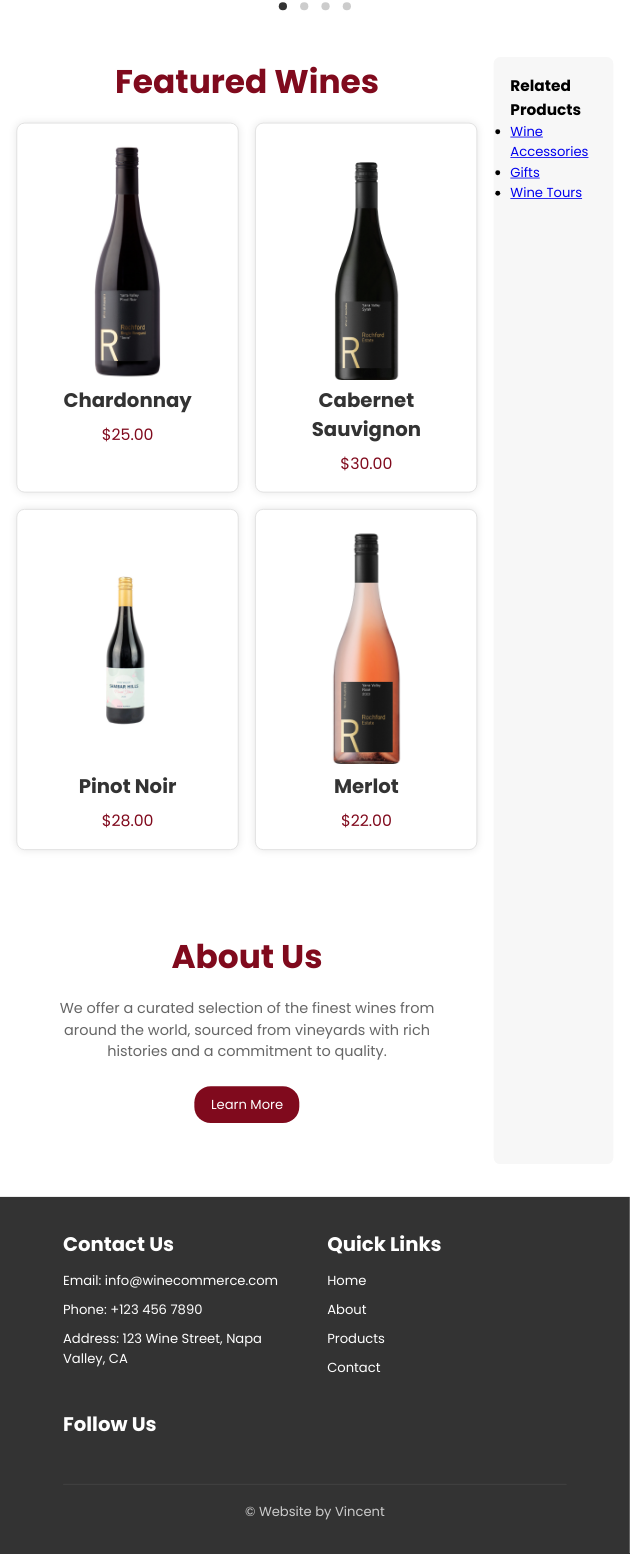
Repository: vncntxl/assesment3
Page: index.html
An editor plug-in stored every save of this project. The page is shown before and after the next save, followed by the edit.
The browser window is 768 px wide. The pictures show the part of the page from y = 585 to 2485 px (the page is 2481 px tall before and 2590 px after), at 82% of full size.
Some icons come from a web library that is not loaded, so they are not drawn.

Above is the page before, as saved 2024-08-22 13:57:22.

### index.html
<!DOCTYPE html>
<html lang="en">

<head>
    <meta charset="UTF-8">
    <meta name="viewport" content="width=device-width, initial-scale=1.0">
    <title>Wine E-commerce</title>
    <link rel="stylesheet" href="styles.css">
    <link rel="stylesheet" href="https://unicons.iconscout.com/release/v4.0.0/css/line.css">
    <link rel="stylesheet" href="https://unpkg.com/flickity@2/dist/flickity.min.css">
    <link rel="icon" href="images/logo.png" type="image/png">
</head>

<body>
    <!-- START OF NAVBAR -->
    <nav class="nav">
        <div class="container">
            <a href="index.html">
                <img class="logo" src="images/logo.png" alt="Logo">
            </a>
            <div class="search-bar">
                <i class="uil uil-search"></i>
                <input type="search" placeholder="search">
            </div>
            <div class="hamburger" id="hamburger">
                <i class="uil uil-bars"></i>
            </div>
            <ul class="nav-links" id="nav-links">
                <li><a href="#">Home</a></li>
                <li><a href="/about.html">About</a></li>
                <li><a href="/products.html">Products</a></li>
                <li><a href="/contact.html">Contact</a></li>
            </ul>
        </div>
    </nav>
    <!-- END OF NAVBAR -->

    <!-- START OF HERO SECTION -->
    <div class="hero-section">
        <div class="carousel" data-flickity>
            <div class="carousel-cell white-image">White</div>
            <div class="carousel-cell red-image">Red</div>
            <div class="carousel-cell rose-image">Rose</div>
            <div class="carousel-cell sparkling-image">Sparkling</div>
        </div>
    </div>
    <!-- END OF HERO SECTION -->

    <!-- START OF MAIN CONTENT AND ASIDE LAYOUT -->
    <div class="content-container">
        <main class="main-content">
            <!-- Featured Products Section -->
            <section class="featured-products">
                <h2>Featured Wines</h2>
                <div class="products">
                    <div class="product-card">
                        <img src="images/wine1.jpg" alt="Wine 1">
                        <h3>Chardonnay</h3>
                        <p class="price">$25.00</p>
                    </div>
                    <div class="product-card">
                        <img src="images/wine2.png" alt="Wine 2">
                        <h3>Cabernet Sauvignon</h3>
                        <p class="price">$30.00</p>
                    </div>
                    <div class="product-card">
                        <img src="images/wine3.webp" alt="Wine 3">
                        <h3>Pinot Noir</h3>
                        <p class="price">$28.00</p>
                    </div>
                    <div class="product-card">
                        <img src="images/wine4.jpg" alt="Wine 4">
                        <h3>Merlot</h3>
                        <p class="price">$22.00</p>
                    </div>
                </div>
            </section>

            <!-- About Us Section -->
            <section class="about-us">
                <h2>About Us</h2>
                <p>We offer a curated selection of the finest wines from around the world, sourced from vineyards with rich histories and a commitment to quality.</p>
                <a href="#" class="btn">Learn More</a>
            </section>
        </main>

        <!-- Aside Section -->
        <aside class="side-content">
            <h3>Related Products</h3>
            <ul>
                <li><a href="#">Wine Accessories</a></li>
                <li><a href="#">Gifts</a></li>
                <li><a href="#">Wine Tours</a></li>
            </ul>
        </aside>
    </div>
    <!-- END OF MAIN CONTENT AND ASIDE LAYOUT -->

    <!-- START OF FOOTER -->
    <footer class="footer">
        <div class="container">
            <div class="footer-columns">
                <div class="footer-column">
                    <h3>Contact Us</h3>
                    <ul>
                        <li>Email: info@winecommerce.com</li>
                        <li>Phone: +123 456 7890</li>
                        <li>Address: 123 Wine Street, Napa Valley, CA</li>
                    </ul>
                </div>
                <div class="footer-column">
                    <h3>Quick Links</h3>
                    <ul>
                        <li><a href="#">Home</a></li>
                        <li><a href="/about.html">About</a></li>
                        <li><a href="/products.html">Products</a></li>
                        <li><a href="/contact.html">Contact</a></li>
                    </ul>
                </div>
                <div class="footer-column">
                    <h3>Follow Us</h3>
                    <ul class="social-links">
                        <li><a href="https://facebook.com"><i class="uil uil-facebook-f"></i></a></li>
                        <li><a href="https://x.com"><i class="uil uil-twitter"></i></a></li>
                        <li><a href="https://instagram.com"><i class="uil uil-instagram"></i></a></li>
                    </ul>
                </div>
            </div>
            <p class="footer-note">&copy; Website by Vincent</p>
        </div>
    </footer>
    <!-- END OF FOOTER -->

    <script src="https://unpkg.com/flickity@2/dist/flickity.pkgd.min.js"></script>
    <script>
        // Hamburger menu toggle
        document.getElementById("hamburger").addEventListener("click", function() {
            document.getElementById("nav-links").classList.toggle("open");
        });

        // Mouseover and Mouseout for buttons
        document.addEventListener("DOMContentLoaded", function() {
            const buttons = document.querySelectorAll(".btn");

            buttons.forEach(button => {
                button.addEventListener("mouseover", function() {
                    button.style.backgroundColor = "#a00";
                });

                button.addEventListener("mouseout", function() {
                    button.style.backgroundColor = "#800A1D";
                });
            });
        });
    </script>
</body>

</html>

### styles.css
/* font */
@import url('https://fonts.googleapis.com/css2?family=Poppins:ital,wght@0,100;0,200;0,300;0,400;0,500;0,600;0,700;0,800;0,900;1,100;1,200;1,300;1,400;1,500;1,600;1,700;1,800;1,900&display=swap');

* {
    padding: 0;
    margin: 0;
    box-sizing: border-box;
    outline: none;
    border: none;
}

body {
    font-family: 'Poppins', sans-serif;
}

.container {
    width: 80%;
    margin: 0 auto;
}

nav {
    width: 100%;
    background-color: black;
    padding: 0.7 rem 0;
    position: fixed;
    top: 0;
    z-index: 10;
}

.logo {
    max-width: 90px;
}

nav .container {
    display: flex;
    align-items: center;
    justify-content: space-between;
}

.search-bar {
    background-color: #fff;
    border-radius: 2rem;
    padding: 0.6rem 1rem;
    margin: 15px;
}

.search-bar input[type="search"] {
    background: transparent;
    width: 30vw;
    margin-left: 1rem;
    font-size: 0.9rem;
    color: #800A1D;

}

nav li {
    display: inline-block;
    padding: 0 20px;
}

nav li a {
    text-decoration: none;
    color: #800A1D;
    font-weight: 500;
}

.hero-section {
    margin-top: 85px;
}

.white-image {
    background-image: url(images/white.jpg);
}

.red-image {
    background-image: url(images/red.jpg);

}

.rose-image {
    background-image: url(images/rose.jpg);

}

.sparkling-image {
    background-image: url(images/white.jpg);

}

.carousel {
    background: #EEE;
    font-size: 80px;
    color: #fff;
    font-weight: 600;
    max-height: 500px;
    margin-bottom: 50px;
}
.carousel-cell {
    width: 100%;
    height: 500px;
    display: flex;
    align-items: center;
    justify-content: center;
    background-size: cover;
    background-position: center;
    background-repeat: no-repeat;
    transition: opacity 0.3s ease;
}

/* cell number */
.carousel-cell:before {
    display: block;
    text-align: center;
    line-height: 200px;
    font-size: 80px;
    color: white;
}


/* big buttons, no circle */
.flickity-prev-next-button {
    width: 50px;
    height: 50px;
    background: rgba(255, 255, 255, 0.5);
    position: absolute;
    top: 50%;
    transform: translateY(-50%);
    z-index: 1000;
}

/* arrow color */
.flickity-prev-next-button .arrow {
    fill: white;
}

.flickity-prev-next-button.no-svg {
    color: white;
}

.flickity-prev-next-button:hover {
    background: transparent;
}

/* hide disabled button */
.flickity-prev-next-button:disabled {
    display: none;
}
/* Start of main content section */
.main-content {
    margin: 0px px;
}

.featured-products {
    text-align: center;
    margin-bottom: 50px;
}

.featured-products h2 {
    font-size: 2.5rem;
    color: #800A1D;
}

.products {
    display: grid;
    grid-template-columns: repeat(auto-fit, minmax(250px, 1fr));
    gap: 20px;
    margin-top: 20px;
}

.product-card {
    background-color: #fff;
    border: 1px solid #ddd;
    border-radius: 10px;
    overflow: hidden;
    box-shadow: 0px 0px 10px rgba(0, 0, 0, 0.1);
    transition: transform 0.3s ease;
    text-align: center;
    padding: 20px;
}

.product-card img {
    width: 100%;
    height: 300px;
    object-fit: contain;
    display: block;
    margin: 0 auto;
}


.product-card h3 {
    font-size: 1.5rem;
    color: #333;
    margin-bottom: 10px;
}

.product-card .price {
    font-size: 1.2rem;
    color: #800A1D;
}

.product-card:hover {
    transform: translateY(-5px);
}

/* About Us Section */
.about-us {
    text-align: center;
    padding: 50px 50px;
    width: 100%;
}

.about-us h2 {
    font-size: 2.5rem;
    color: #800A1D;
    margin-bottom: 20px;
}

.about-us p {
    font-size: 1.1rem;
    color: #666;
    margin-bottom: 30px;
}

.about-us .btn {
    display: inline-block;
    background-color: #800A1D;
    color: #fff;
    padding: 10px 20px;
    border-radius: 20px;
    text-decoration: none;
    transition: background-color 0.3s ease;
}

.about-us .btn:hover {
    background-color: #a00;
}

/* Footer Styles */
.footer {
    background-color: #333;
    color: #fff;
    padding: 40px 0;
    text-align: left;
}

.footer-columns {
    display: grid;
    grid-template-columns: repeat(auto-fit, minmax(200px, 1fr));
    gap: 30px;
    margin-bottom: 30px;
}

.footer-column h3 {
    font-size: 1.5rem;
    margin-bottom: 15px;
}

.footer-column ul {
    list-style: none;
}

.footer-column ul li {
    margin-bottom: 10px;
}

.footer-column ul li a {
    color: #fff;
    text-decoration: none;
}

.footer-column ul li a:hover {
    text-decoration: underline;
}

.social-links {
    display: flex;
    gap: 10px;
}

.social-links li {
    list-style: none;
}

.social-links li a {
    color: #fff;
    font-size: 1.5rem;
    transition: color 0.3s ease;
}

.social-links li a:hover {
    color: #800A1D;
}

.footer-note {
    text-align: center;
    font-size: 1rem;
    color: #ccc;
    border-top: 1px solid #444;
    padding-top: 20px;
    margin-top: 20px;
}

.about-hero {
    background-image: url('images/about-background.jpg');
    background-size: cover;
    background-position: center;
    padding-bottom: 50px;
    text-align: center;
    color: #fff;
}

.about-hero h1 {
    font-size: 3rem;
    margin-bottom: 20px;
}

.about-hero p {
    font-size: 1.2rem;
    max-width: 700px;
    margin: 0 auto;
}

.about-content {
    display: flex;
    flex-wrap: wrap;
    margin-top: 50px;
}

.about-text {
    flex: 1;
    padding-right: 20px;
}

.about-image {
    flex: 1;
}

.about-image img {
    max-width: 100%;
    border-radius: 10px;
    box-shadow: 0px 0px 20px rgba(0, 0, 0, 0.1);
}

.team {
    text-align: center;
    margin-top: 80px;
}

.team h2 {
    font-size: 2.5rem;
    color: #800A1D;
    margin-bottom: 50px;
}

.team-grid {
    display: grid;
    grid-template-columns: repeat(auto-fit, minmax(200px, 1fr));
    gap: 30px;
}

.team-member {
    text-align: center;
}

.team-member img {
    width: 100%;
    height: auto;
    border-radius: 50%;
    margin-bottom: 15px;
}

.team-member h3 {
    font-size: 1.5rem;
    color: #333;
    margin-bottom: 5px;
}

.team-member p {
    font-size: 1rem;
    color: #777;
}

.products-hero{
    margin-top: 100px;
    margin-bottom: 50px;
}
.products-hero .product-card{
    margin-bottom: 50px;
}
.contact-hero {
    background-color: #f7f7f7;
    padding-top: 90px ;
    padding-bottom: 10px;
    text-align: center;
    color: #333;
    margin-bottom: -10px;
}

.contact-hero h1 {
    font-size: 3rem;
    margin-bottom: 20px;
    color: #800A1D;
}

.contact-hero p {
    font-size: 1.2rem;
    max-width: 700px;
    margin: 0 auto;
    color: #666;
}

.contact-form {
    margin-top: 50px;
    max-width: 600px;
    margin-bottom: 50px;
}

.contact-form .form-group {
    margin-bottom: 20px;
}

.contact-form label {
    display: block;
    font-size: 1rem;
    color: #333;
    margin-bottom: 8px;
}

.contact-form input[type="text"],
.contact-form input[type="email"],
.contact-form textarea {
    width: 100%;
    padding: 10px;
    border-radius: 5px;
    border: 1px solid #ddd;
    font-size: 1rem;
    color: #333;
}

.contact-form textarea {
    resize: vertical;
}

.contact-form .btn {
    display: inline-block;
    background-color: #800A1D;
    color: #fff;
    padding: 10px 20px;
    border-radius: 20px;
    text-decoration: none;
    transition: background-color 0.3s ease;
    cursor: pointer;
    border: none;
    font-size: 1rem;
}

.contact-form .btn:hover {
    background-color: #a00;
}


nav .container {
    display: flex;
    flex-direction: row;
    align-items: center;
    justify-content: space-between;
}

nav ul {
    display: flex;
    flex-direction: row;
    margin: 0;
    padding: 0;
    list-style: none;
}

nav ul li {
    margin-left: 20px;
}

nav ul li a {
    text-decoration: none;
    color: #800A1D;
    font-weight: 500;
    font-size: 1rem;
}

/* Hamburger menu */
.hamburger {
    display: none;
    cursor: pointer;
}

.hamburger i {
    font-size: 2rem;
    color: #800A1D;
}

/* Mobile styles */
@media (max-width: 768px) {
    .search-bar {
        flex: 1;
    }

    nav ul {
        display: none;
        flex-direction: column;
        position: absolute;
        top: 60px;
        right: 10px;
        background-color: black;
        border-radius: 8px;
        padding: 10px;
    }

    nav ul li {
        margin: 10px 0;
    }

    .hamburger {
        display: block;
    }

    .nav-links.open {
        display: flex;
    }
}

/* Container for main and aside sections */
.content-container {
    display: flex;
    margin: 20px 0;
    padding: 20px;
}

/* Main content takes 80% of the width */
.main-content {
    flex: 0 0 80%;
    padding-right: 20px;
}

/* Aside content takes 20% of the width */
.side-content {
    flex: 0 0 20%;
    background-color: #f7f7f7;
    padding: 20px;
    border-radius: 8px;
}

/* Button styles */
.btn {
    display: inline-block;
    background-color: #800A1D;
    color: white;
    padding: 10px 20px;
    border-radius: 20px;
    text-decoration: none;
    transition: background-color 0.3s ease;
}

After the next save:
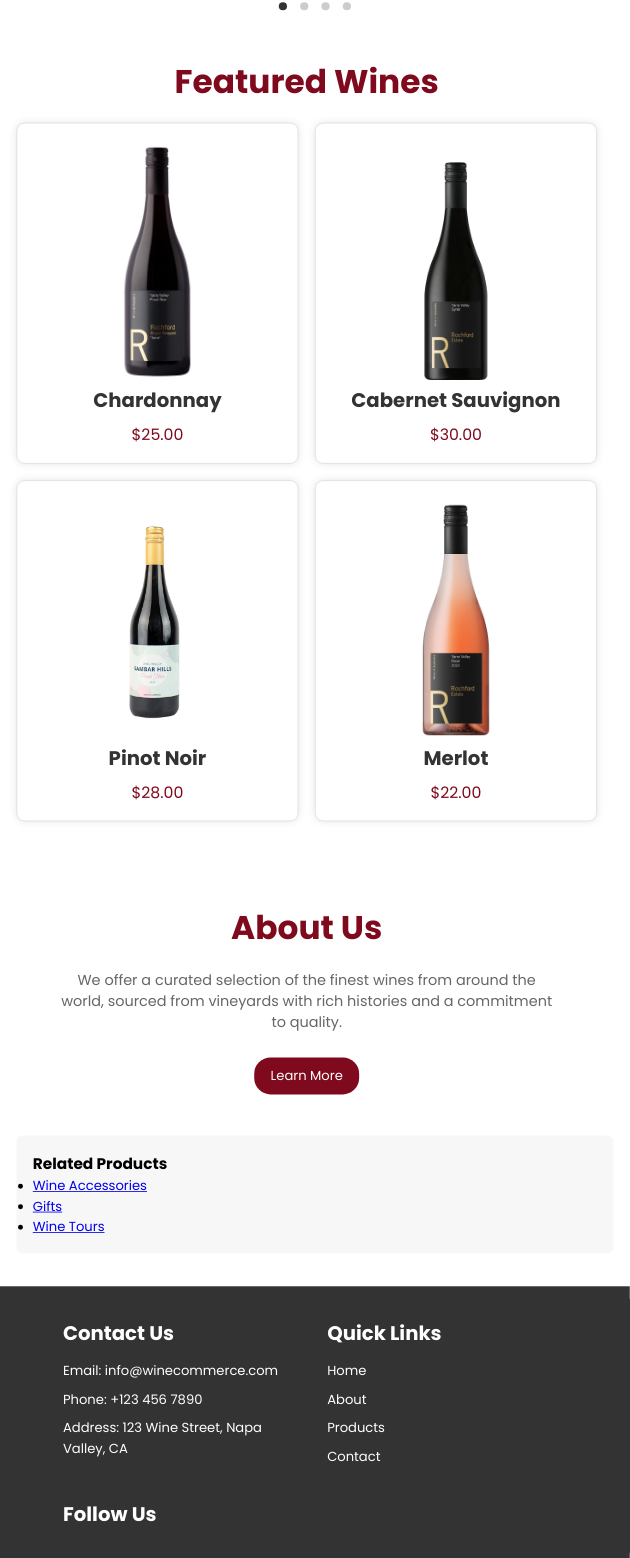
Saved 39 s later.
--- a/styles.css
+++ b/styles.css
@@ -524,6 +524,16 @@ nav ul li a {
     .nav-links.open {
         display: flex;
     }
+
+    .content-container {
+        flex-direction: column;
+    }
+
+    .main-content,
+    .side-content {
+        flex: 1 0 100%;
+        padding-right: 0;
+    }
 }
 
 /* Container for main and aside sections */
